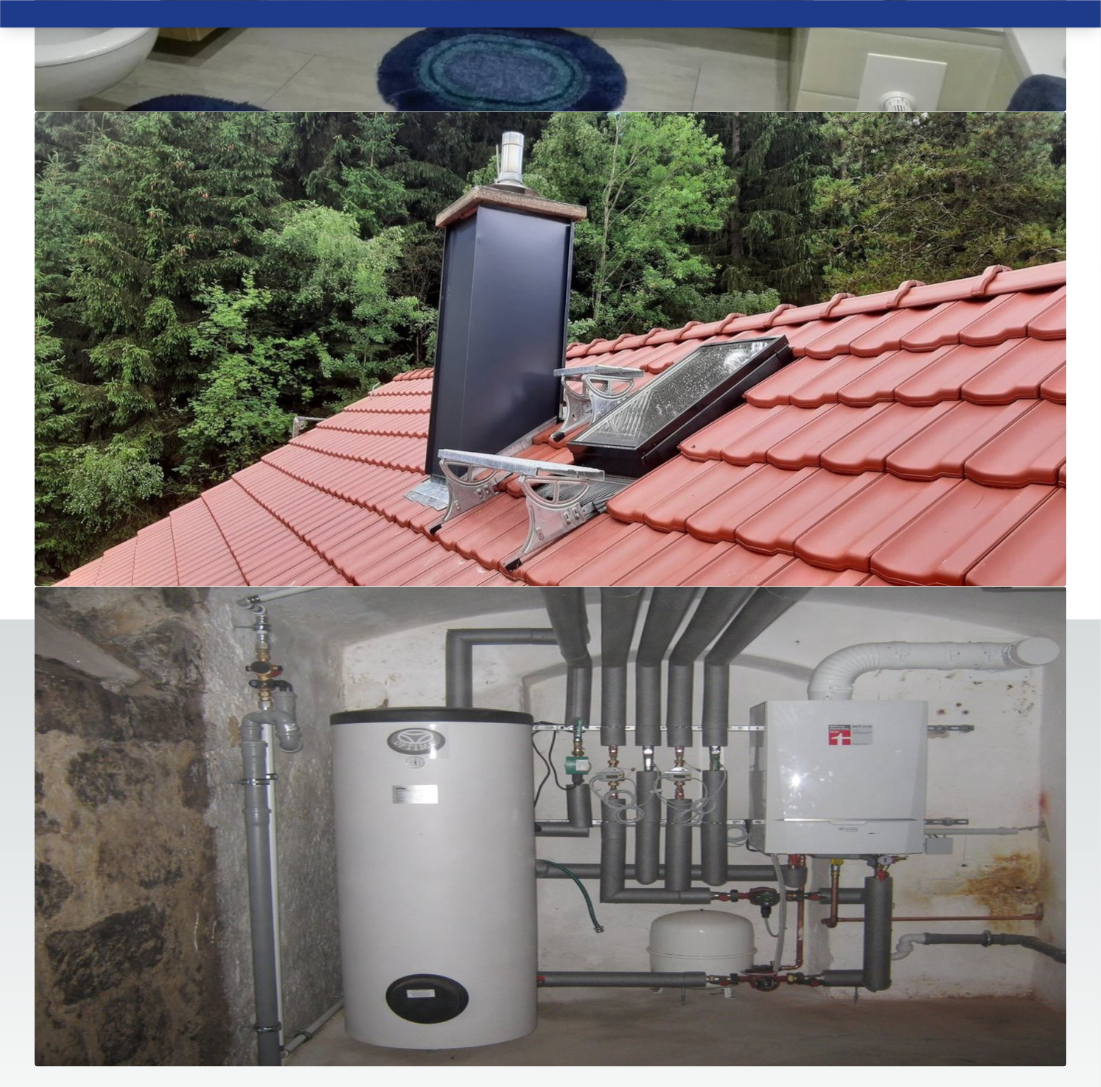
Repository: LorenMucha/firma-andreas-mucha
Page: /
These files come from the project's save history. The page is drawn as it stood at one moment and after a run of saves; the edit follows.
The browser window is 1280 px wide. The pictures show the whole page, at 86% of full size.
The project was rebuilt for these pictures with package versions that can differ from the ones it lists, and the page was loaded fresh each time. The framework's server and built-in components were replaced by stand-ins that run in the browser. Also part of the build but not shown: next.config.mjs.

Above is the page before, as saved 2024-04-15 16:50:39.

### src/app/layout.tsx
import type { Metadata } from "next";
import { Inter } from "next/font/google";
import "./globals.css";

const inter = Inter({ subsets: ["latin"] });

export const metadata: Metadata = {
  title: "Firma Andreas Mucha",
  description: "Generated by create next app",
};

export default function RootLayout({
  children,
}: Readonly<{
  children: React.ReactNode;
}>) {
  return (
    <html lang="de" suppressHydrationWarning={true}>
      <body className={inter.className}>{children}</body>
    </html>
  );
}

### src/app/page.tsx
"use client";
import Intro from "./components/Intro";
import Navbar from "./components/Navbar";

export default function Home() {
  return (
    <main className="flex min-h-screen flex-col items-center justify-between">
      <Navbar />
      <Intro />
    </main>)
}

### src/app/globals.css
@tailwind base;
@tailwind components;
@tailwind utilities;

@import '@coreui/coreui/dist/css/coreui.min.css';

:root {
  --foreground-rgb: 0, 0, 0;
  --background-start-rgb: 214, 219, 220;
  --background-end-rgb: 255, 255, 255;
}

@media (prefers-color-scheme: dark) {
  :root {
    --foreground-rgb: 255, 255, 255;
    --background-start-rgb: 0, 0, 0;
    --background-end-rgb: 0, 0, 0;
  }
}

body {
  color: rgb(var(--foreground-rgb));
  background: linear-gradient(to bottom,
      transparent,
      rgb(var(--background-end-rgb))) rgb(var(--background-start-rgb));
}

@layer utilities {
  .text-balance {
    text-wrap: balance;
  }
}

### src/app/components/Intro.tsx
import { CCarousel, CCarouselItem, CImage } from "@coreui/react"

const Intro = (): React.JSX.Element =>
    <div className="w-screen h-screen flex flex-col justify-center items-center bg-white p-10">
        <div className="font-extrabold text-8xl text-black w-100">Firma Andreas Mucha</div>
        <div className="mt-5 w-100">
            <CCarousel controls indicators>
                <CCarouselItem>
                    <CImage align="center" className="object-cover" fluid rounded src="/images/bad.jpg" alt="slide 1" />
                </CCarouselItem>
                <CCarouselItem>
                    <CImage align="center" className="object-cover" fluid rounded src="/images/dach.jpg" alt="slide 2" />
                </CCarouselItem>
                <CCarouselItem>
                    <CImage align="center" className="object-cover" fluid rounded src="/images/heizung.JPG" alt="slide 3" />
                </CCarouselItem>
            </CCarousel>
        </div>
    </div>

export default Intro

### src/app/components/Navbar.tsx
const Navbar = (): React.JSX.Element =>
    <nav className="shadow-lg fixed w-screen top-0 z-10 px-3 bg-blue-900">
        <div className="max-w-6xl mx-auto">
            <div className="flex justify-between">
                <div className="inline-flex justify-center md:p-4 mb-1 mt-1 md:mt-0 md:mb-0">
                    <a>
                        <span className="font-semibold md:text-l"></span>
                    </a>
                </div>
            </div>
        </div>
    </nav>

export default Navbar

Loaded but not shown: tailwind.config.ts (common file)

After the next 3 saves:
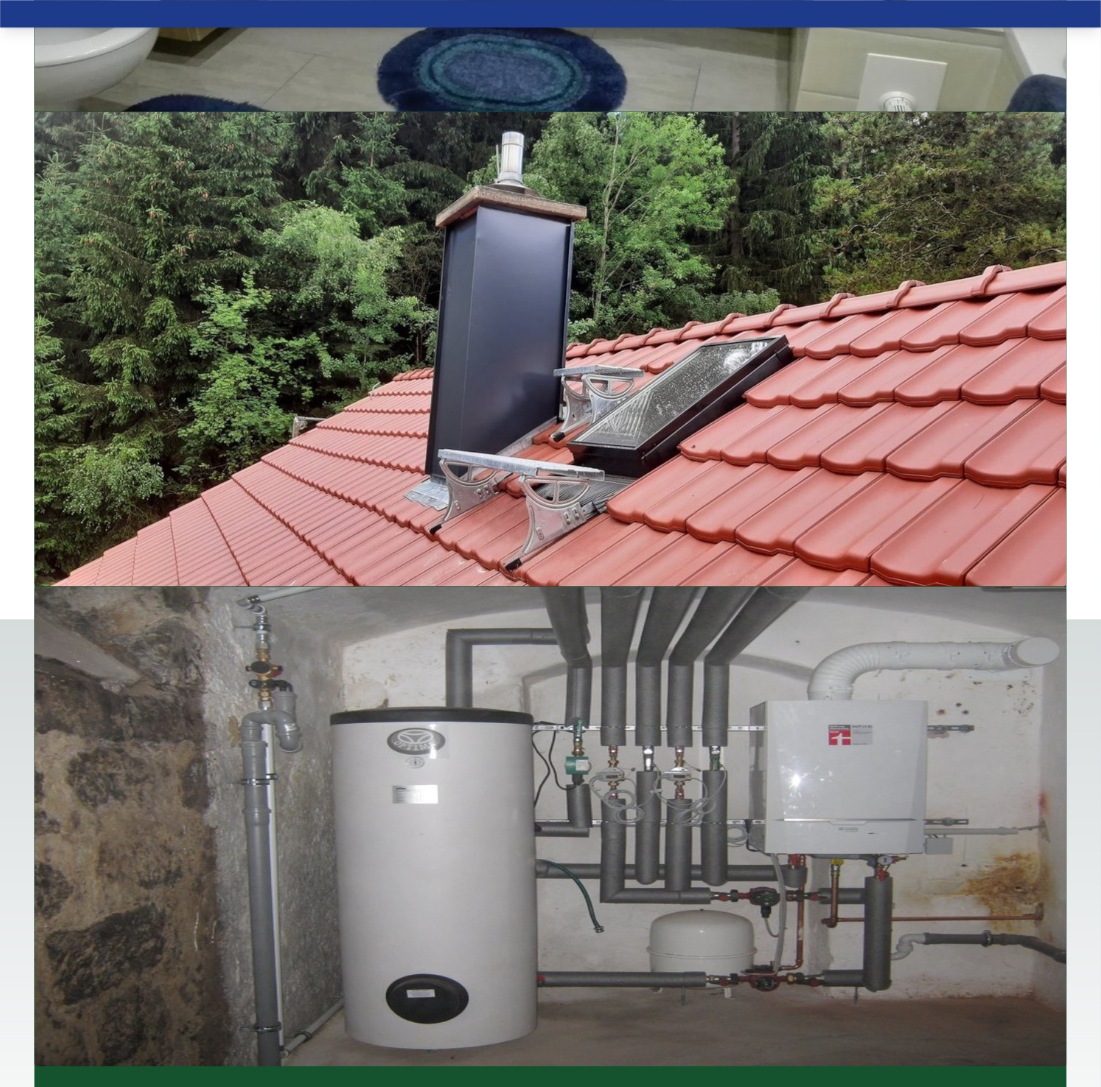
The 3 saves are shown as one change because they came seconds apart.
The last was saved 22 s later.
--- a/src/app/components/Intro.tsx
+++ b/src/app/components/Intro.tsx
@@ -3,7 +3,7 @@ import { CCarousel, CCarouselItem, CImage } from "@coreui/react"
 const Intro = (): React.JSX.Element =>
     <div className="w-screen h-screen flex flex-col justify-center items-center bg-white p-10">
         <div className="font-extrabold text-8xl text-black w-100">Firma Andreas Mucha</div>
-        <div className="mt-5 w-100">
+        <div className="mt-5 w-100 bg-green-900">
             <CCarousel controls indicators>
                 <CCarouselItem>
                     <CImage align="center" className="object-cover" fluid rounded src="/images/bad.jpg" alt="slide 1" />
